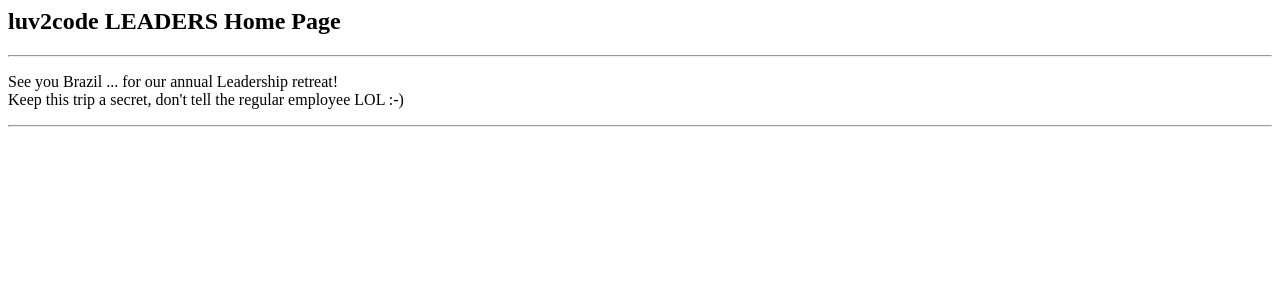
Repository: MOURAD1997-ctrl/dev-security
Page: http://localhost/spring-security-demo-07-user-roles/leaders
An editor plug-in stored every save of this project. The page is shown before and after the next save, followed by the edit.
The browser window is 1280 px wide. The pictures show the whole page.
The page is served by Tomcat 9. Other server files are loaded and not shown.

Above is the page before, as saved 2020-06-05 18:41:09.

### spring-security-demo-07-user-roles/src/main/webapp/WEB-INF/view/leaders.jsp
<html>

<head>
   <title>luv2code LEADERS Home Page</title>
</head>

<body>

   <h2>luv2code LEADERS Home Page</h2>

   <hr>

   <p>
      See you Brazil ... for our annual Leadership retreat!
      <br>
      Keep this trip a secret, don't tell the regular employee LOL :-)
   </p>

   <hr>



</body>

</html>

After the next save:
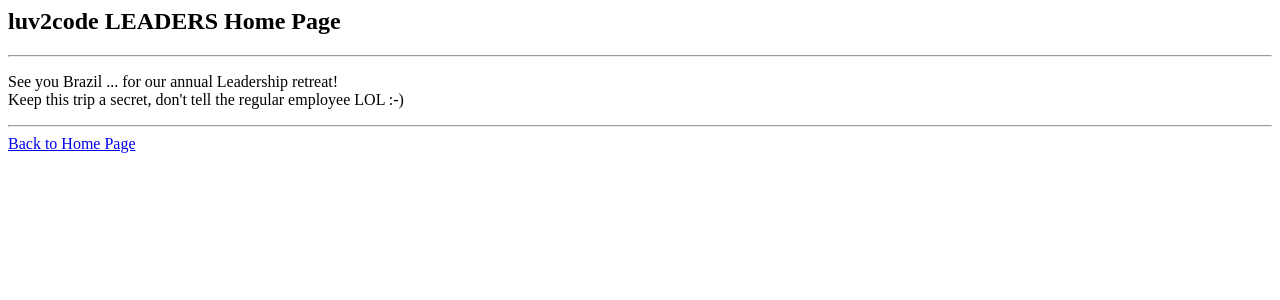
Saved 3 min 58 s later.
--- a/spring-security-demo-07-user-roles/src/main/webapp/WEB-INF/view/leaders.jsp
+++ b/spring-security-demo-07-user-roles/src/main/webapp/WEB-INF/view/leaders.jsp
@@ -18,7 +18,7 @@
 
    <hr>
 
-
+   <a href="${pageContext.request.contextPath}/">Back to Home Page</a>
 
 </body>
 
